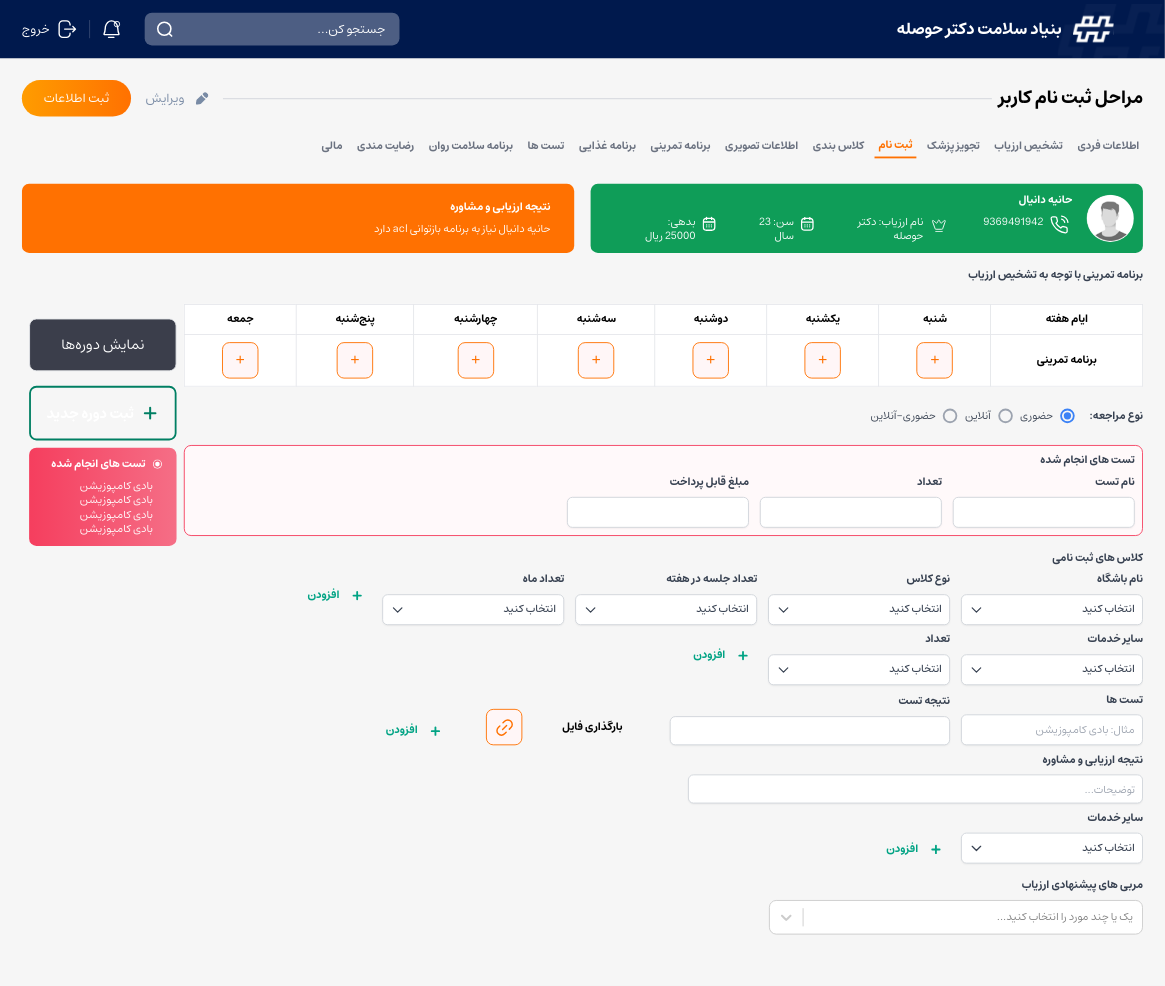
Repository: mirnajafi/ERP_hoseleh_V1.0
Page: /register, after clicking the first element matching `div.flex > :nth-child(4)`
The author's editor kept a copy of each file at every save. The page is drawn from the files as they stood at one save, then again after the next save.
The browser window is 1280 px wide. The pictures show the whole page, at 91% of full size.
Some web fonts or font styles are not loaded; a fallback is used. The project was rebuilt for these pictures with package versions that can differ from the ones it lists, and the page was loaded fresh each time. The framework's server and built-in components were replaced by stand-ins that run in the browser. Also part of the build but not shown: next.config.mjs, src/components/icons/trash.tsx, src/components/weekTable/weekTable.css, src/components/icons/copy.tsx, src/components/recognitionEvaluator/recognitionEvaluator.tsx.

Above is the page before, as saved 2025-02-28 23:59:08.

After the next save:
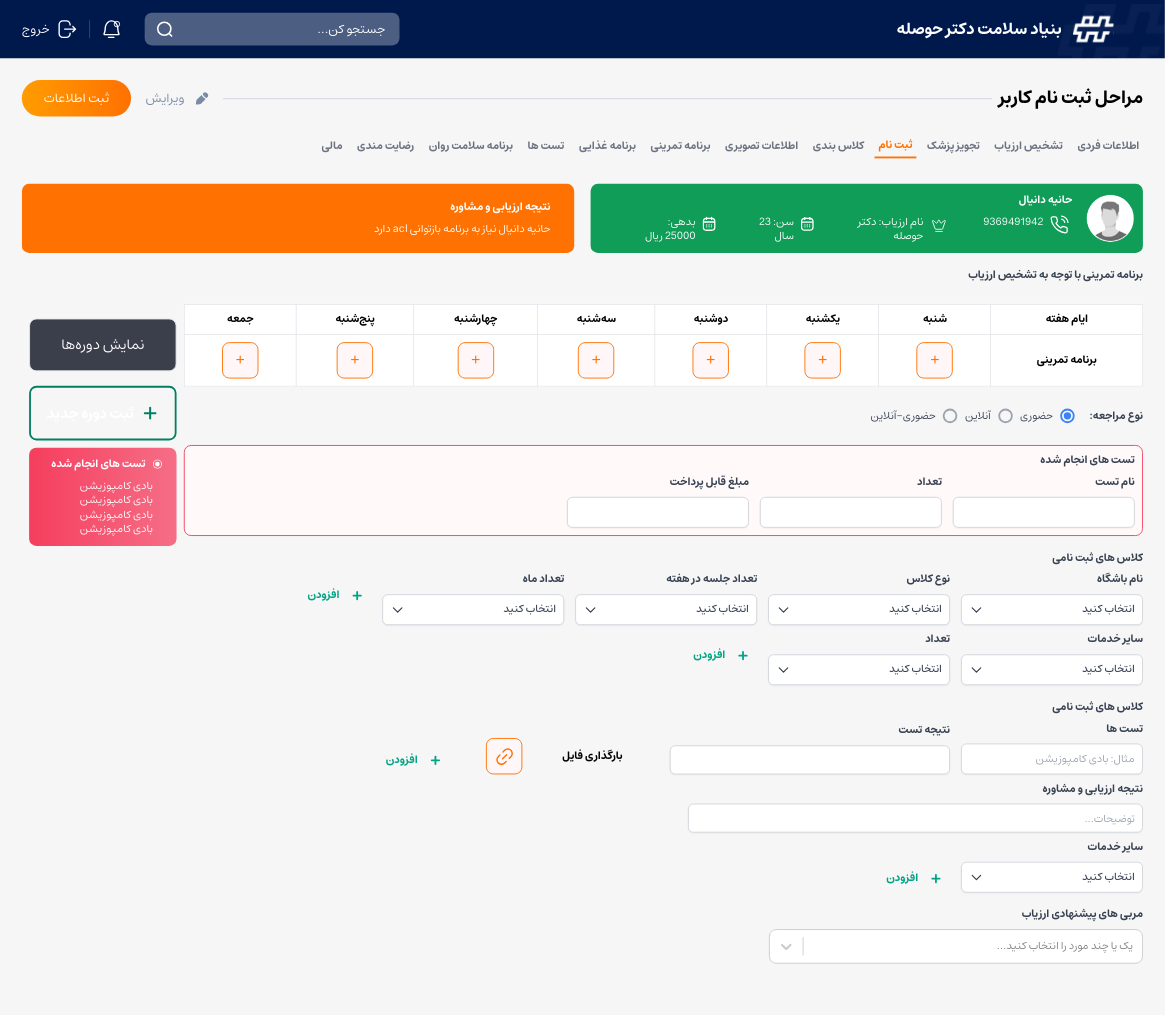
Saved 49 s later.
--- a/src/components/registration/registration.tsx
+++ b/src/components/registration/registration.tsx
@@ -153,6 +153,10 @@ const Registration = () => {
                             <TransparentBtn label='افزودن' />
                         </div>
                     </div>
+
+
+                    <label className="text-xs font-bold text-gray-700 ml-4 mt-4">کلاس های ثبت نامی</label>
+
                 </div>
 
                 <div className="w-1/6 p-2 flex flex-col">
